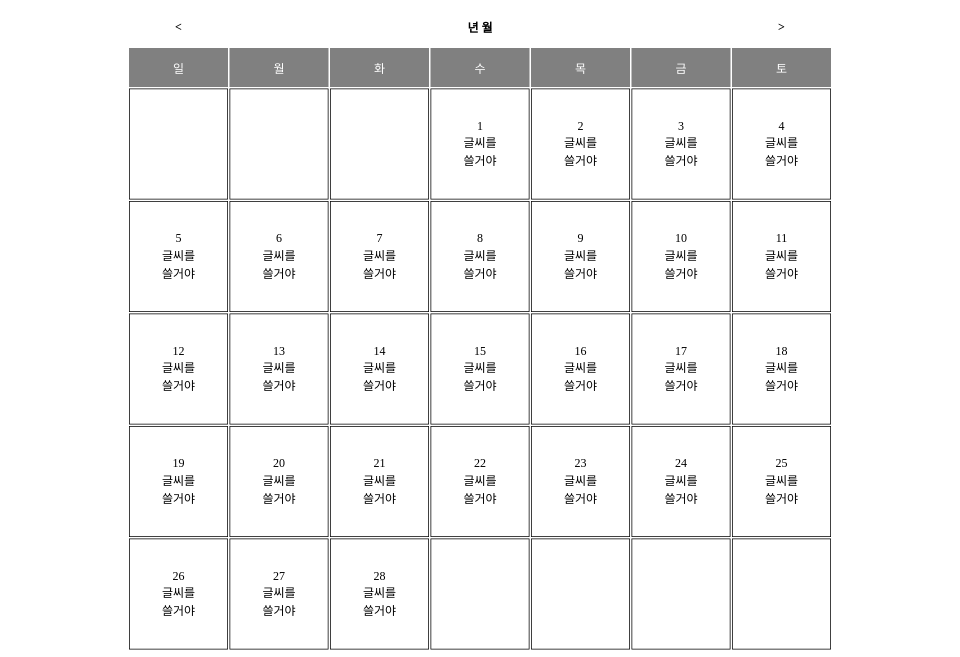
Repository: GreenPineTree/ProjectMoon
Page: http://localhost/ProjectMoon/WEB-INF/views/accountbook/assetmanageView_2.jsp
These files come from the project's save history. The page is drawn as it stood at one moment and after the next save; the edit follows.
The browser window is 1280 px wide. The pictures show the whole page, at 75% of full size.
After loading, the first visible `td` was clicked once.
The page is served by Tomcat 9. Nobody is signed in. The template is opened directly, without the code that normally fills it, so the values that code supplies are empty.

Above is the page before, as saved 2023-04-02 10:57:51.
Console error: ReferenceError: prevCalendar is not defined

After the next save:
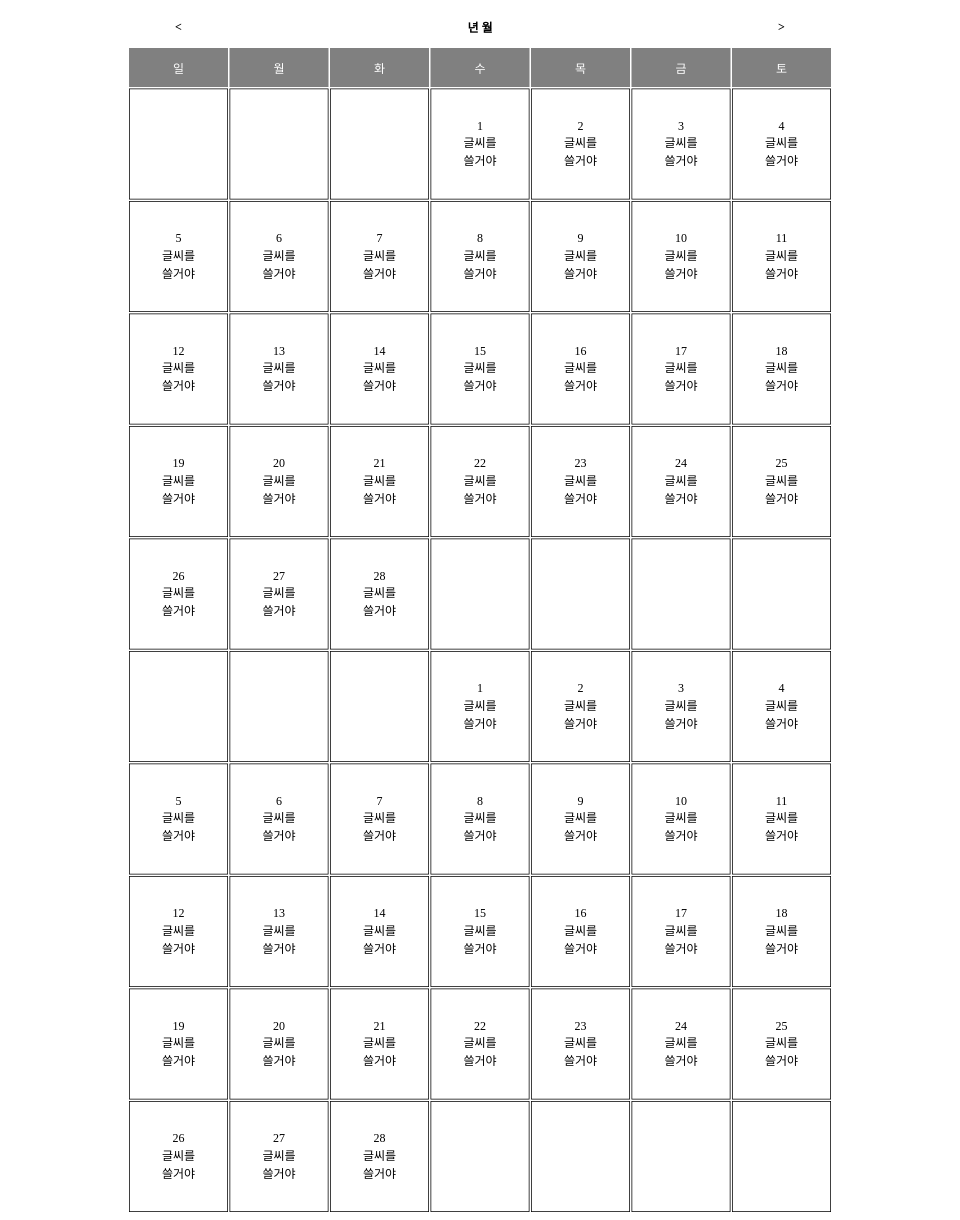
The error is gone.
Saved 4 min 53 s later.
--- a/ProjectMoon/src/main/webapp/WEB-INF/views/accountbook/assetmanageView_2.jsp
+++ b/ProjectMoon/src/main/webapp/WEB-INF/views/accountbook/assetmanageView_2.jsp
@@ -13,6 +13,9 @@ $(document).ready(function(){
 	buildCalendar();
 
 })
+
+var nowMonth = new Date();	// 달 초기화
+
 
 
 function buildCalendar(){
@@ -59,7 +62,15 @@ function buildCalendar(){
 
 }
 
+function prevCalendar(){
+	nowMonth = new Date(nowMonth.getFullYear(), nowMonth.getMonth() -1, nowMonth.getDate());	// 현재 달을 1 감소
+	buildCalendar();
+}
 
+function nextCalendar(){
+	nowMonth = new Date(nowMonth.getFullYear(), nowMonth.getMonth() +1, nowMonth.getDate());	// 현재 달을 1 증가
+	buildCalendar();
+}
 
 </script>
 
